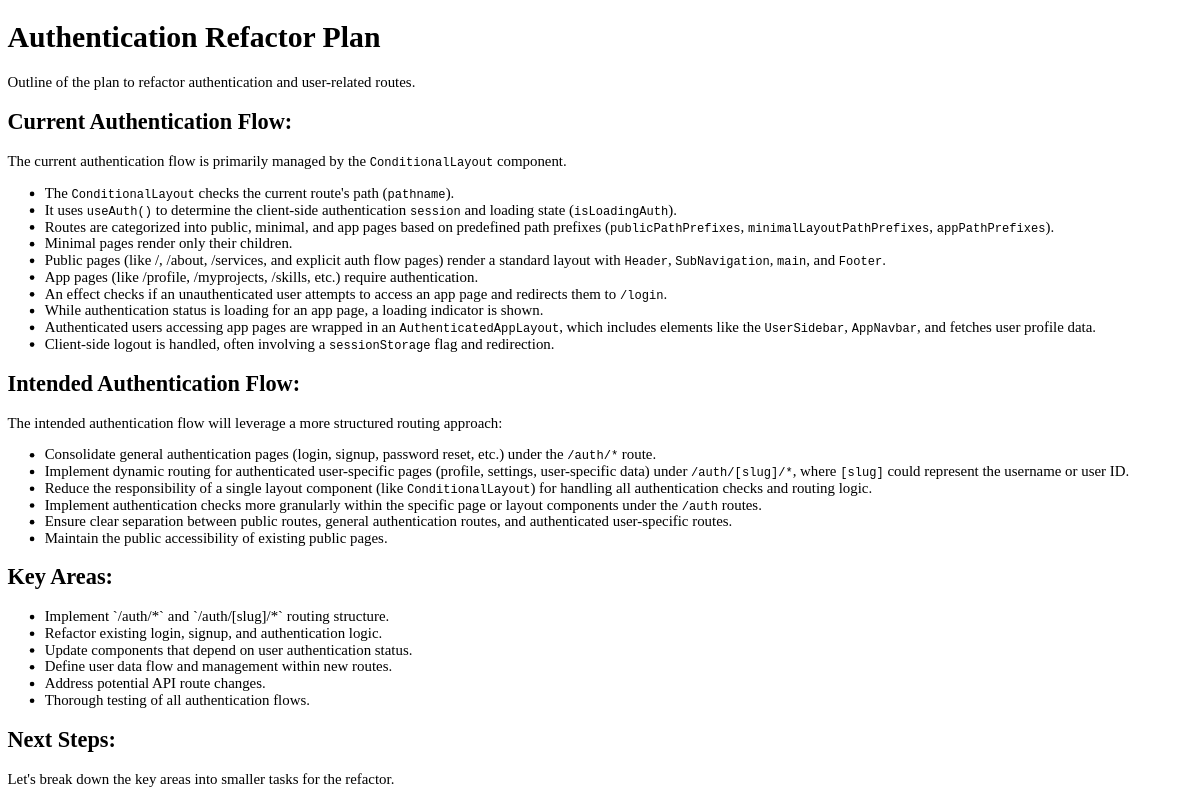
Repository: b0ase/b0ase.com
Page: /authplan
The author's editor kept a copy of each file at every save. The page is drawn from the files as they stood at one save, then again after the next save.
The browser window is 1280 px wide. The pictures show the whole page, at 93% of full size.
The project was rebuilt for these pictures with package versions that can differ from the ones it lists, and the page was loaded fresh each time. The framework's server and built-in components were replaced by stand-ins that run in the browser. Also part of the build but not shown: next.config.js.

Above is the page before, as saved 2025-05-30 20:24:52.

After the next save:
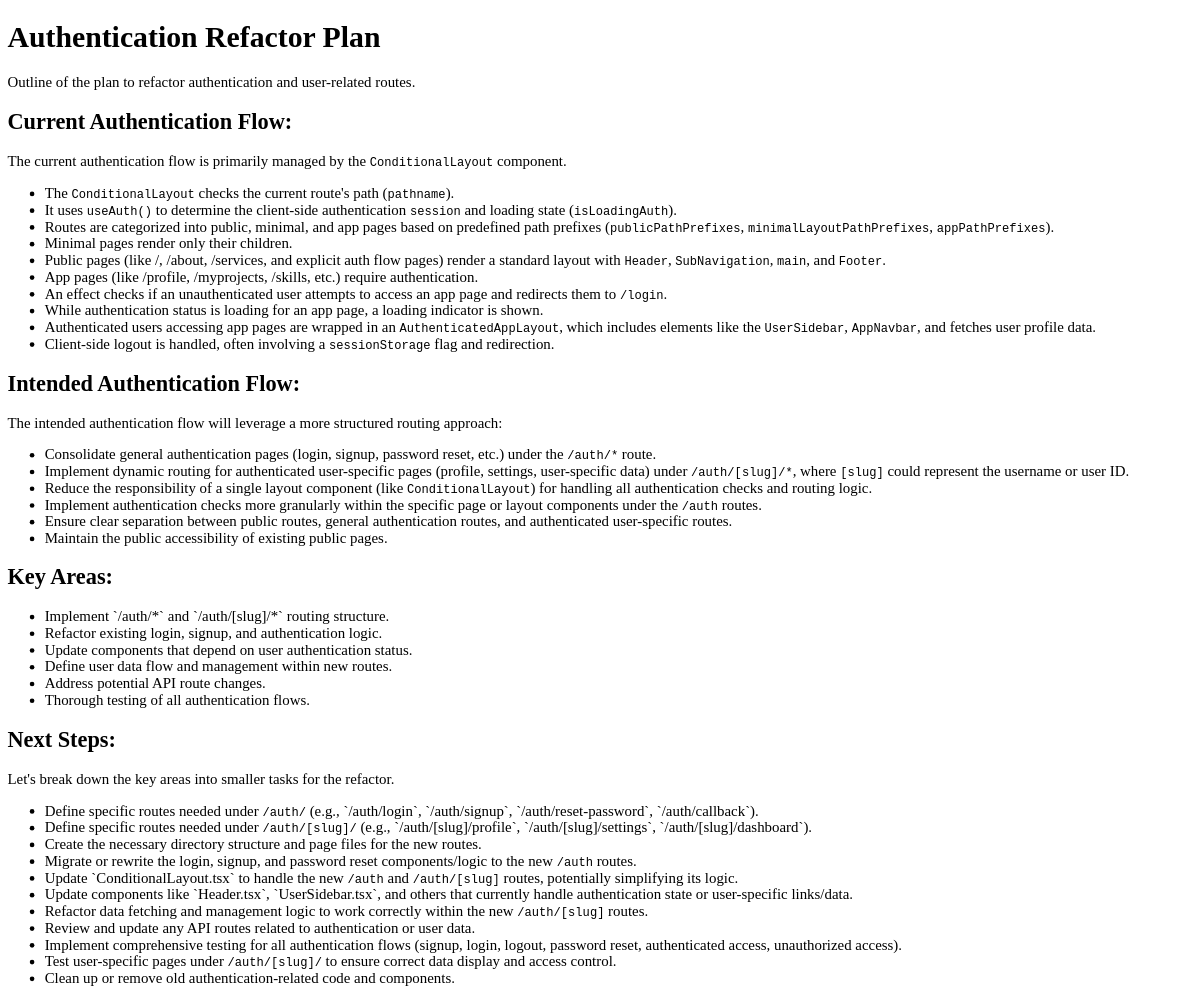
Saved 52 s later.
--- a/app/authplan/page.tsx
+++ b/app/authplan/page.tsx
@@ -46,7 +46,19 @@ export default function AuthPlanPage() {
 
       <h2 className="text-xl font-semibold mb-2">Next Steps:</h2>
       <p>Let's break down the key areas into smaller tasks for the refactor.</p>
-      {/* Add more detailed steps here */}
+      <ul className="list-disc pl-5 text-sm">
+        <li>Define specific routes needed under <code>/auth/</code> (e.g., `/auth/login`, `/auth/signup`, `/auth/reset-password`, `/auth/callback`).</li>
+        <li>Define specific routes needed under <code>/auth/[slug]/</code> (e.g., `/auth/[slug]/profile`, `/auth/[slug]/settings`, `/auth/[slug]/dashboard`).</li>
+        <li>Create the necessary directory structure and page files for the new routes.</li>
+        <li>Migrate or rewrite the login, signup, and password reset components/logic to the new <code>/auth</code> routes.</li>
+        <li>Update `ConditionalLayout.tsx` to handle the new <code>/auth</code> and <code>/auth/[slug]</code> routes, potentially simplifying its logic.</li>
+        <li>Update components like `Header.tsx`, `UserSidebar.tsx`, and others that currently handle authentication state or user-specific links/data.</li>
+        <li>Refactor data fetching and management logic to work correctly within the new <code>/auth/[slug]</code> routes.</li>
+        <li>Review and update any API routes related to authentication or user data.</li>
+        <li>Implement comprehensive testing for all authentication flows (signup, login, logout, password reset, authenticated access, unauthorized access).</li>
+        <li>Test user-specific pages under <code>/auth/[slug]/</code> to ensure correct data display and access control.</li>
+        <li>Clean up or remove old authentication-related code and components.</li>
+      </ul>
     </div>
   );
 }
